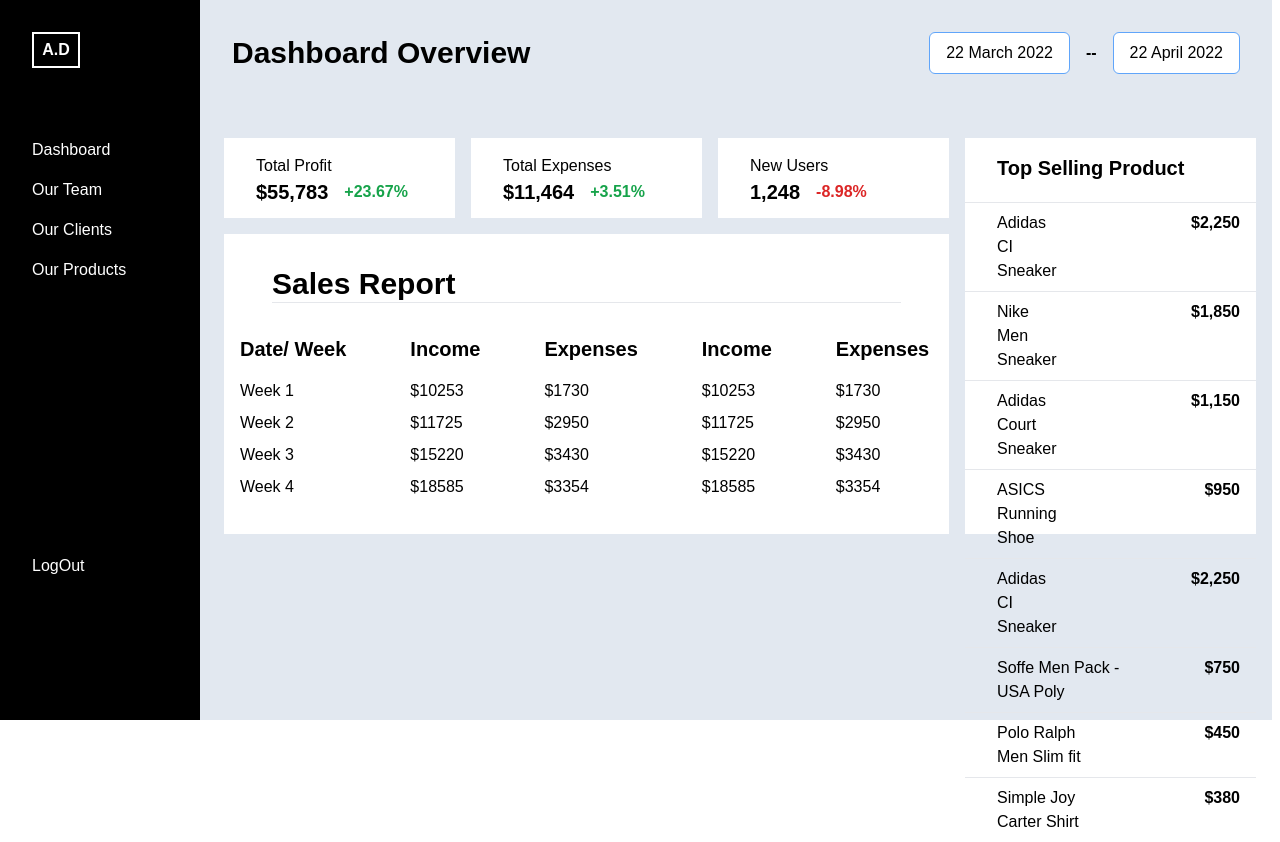
Repository: AngusOnyebuchi/Dashboard
Page: /dashboard
These files come from the project's save history. The page is drawn as it stood at one moment and after the next save; the edit follows.
The browser window is 1280 px wide. The pictures show the whole page.
The page's requests for data from a server got no answer. The project was rebuilt for these pictures with package versions that can differ from the ones it lists, and the page was loaded fresh each time. No one was signed in, and anything a server would have sent is missing. Also part of the build but not shown: src/components/Login.js, src/components/Register.js, src/components/Team.js, src/components/Clients.js, src/components/Products.js.

Above is the page before, as saved 2022-05-25 11:24:52.

After the next save:
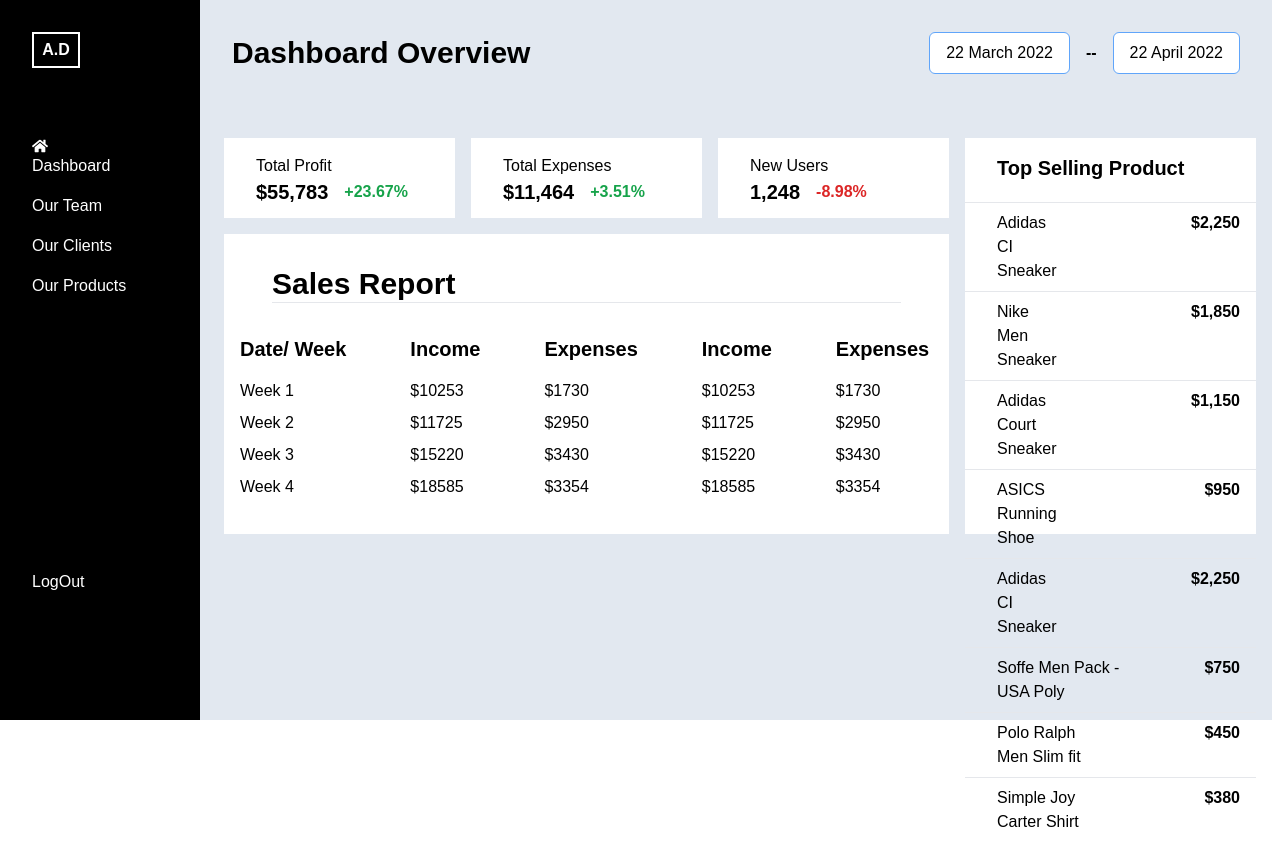
Saved 27 h 36 min later.
--- a/src/components/NavBar.js
+++ b/src/components/NavBar.js
@@ -1,5 +1,6 @@
 import React from 'react'
 import { NavLink } from 'react-router-dom'
+import { FaHome } from 'react-icons/fa'
 
 export default function NavBar() {
   return (
@@ -10,7 +11,9 @@ export default function NavBar() {
 
         <div>
         <div className='mt-[70px]'>
-                <NavLink to='/dashboard'><p className='cursor-pointer mb-4'>Dashboard</p></NavLink>
+                <NavLink to='/dashboard'>
+                  <FaHome/>
+                  <p className='cursor-pointer mb-4'>Dashboard</p></NavLink>
                 <NavLink to='/team'><p className='cursor-pointer mb-4'>Our Team</p></NavLink>
                 <NavLink to='/clients'><p className='cursor-pointer mb-4'>Our Clients</p></NavLink>
                 <NavLink to='/products'><p className='cursor-pointer mb-[272px]'>Our Products</p></NavLink>
